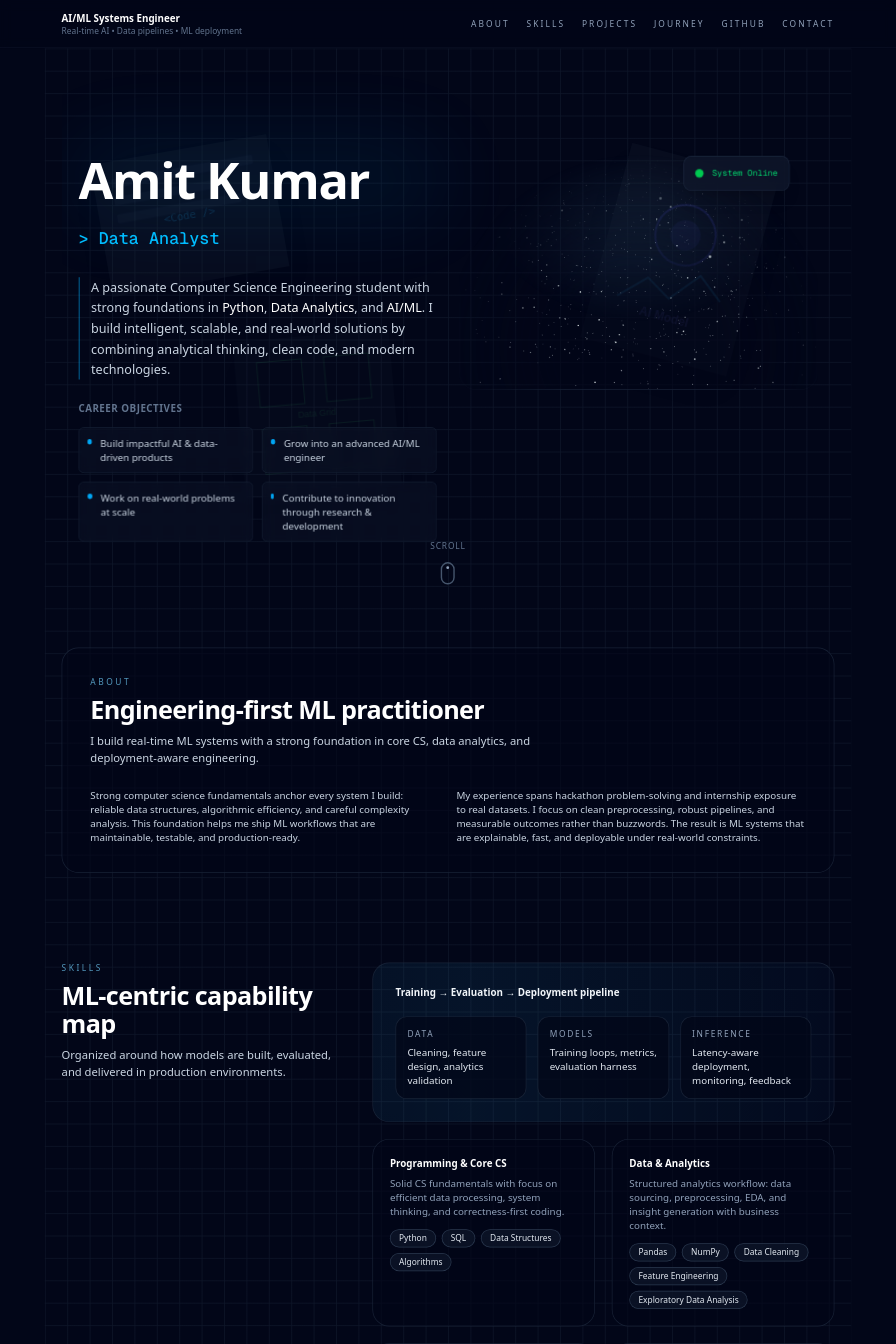
Repository: amitkumar0509/amit-portfolio
Page: /
The author's editor kept a copy of each file at every save. The page is drawn from the files as they stood at one save, then again after the next save.
The browser window is 1280 px wide. The pictures show the part of the page from y = 0 to 1920 px (the page is 8211 px tall), at 70% of full size.
The page's requests for data from a server got no answer. The project was rebuilt for these pictures with package versions that can differ from the ones it lists, and the page was loaded fresh each time. The framework's server and built-in components were replaced by stand-ins that run in the browser. No one was signed in, and anything a server would have sent is missing. Also part of the build but not shown: next.config.ts.

Above is the page before, as saved 2026-02-01 00:34:01.

After the next save:
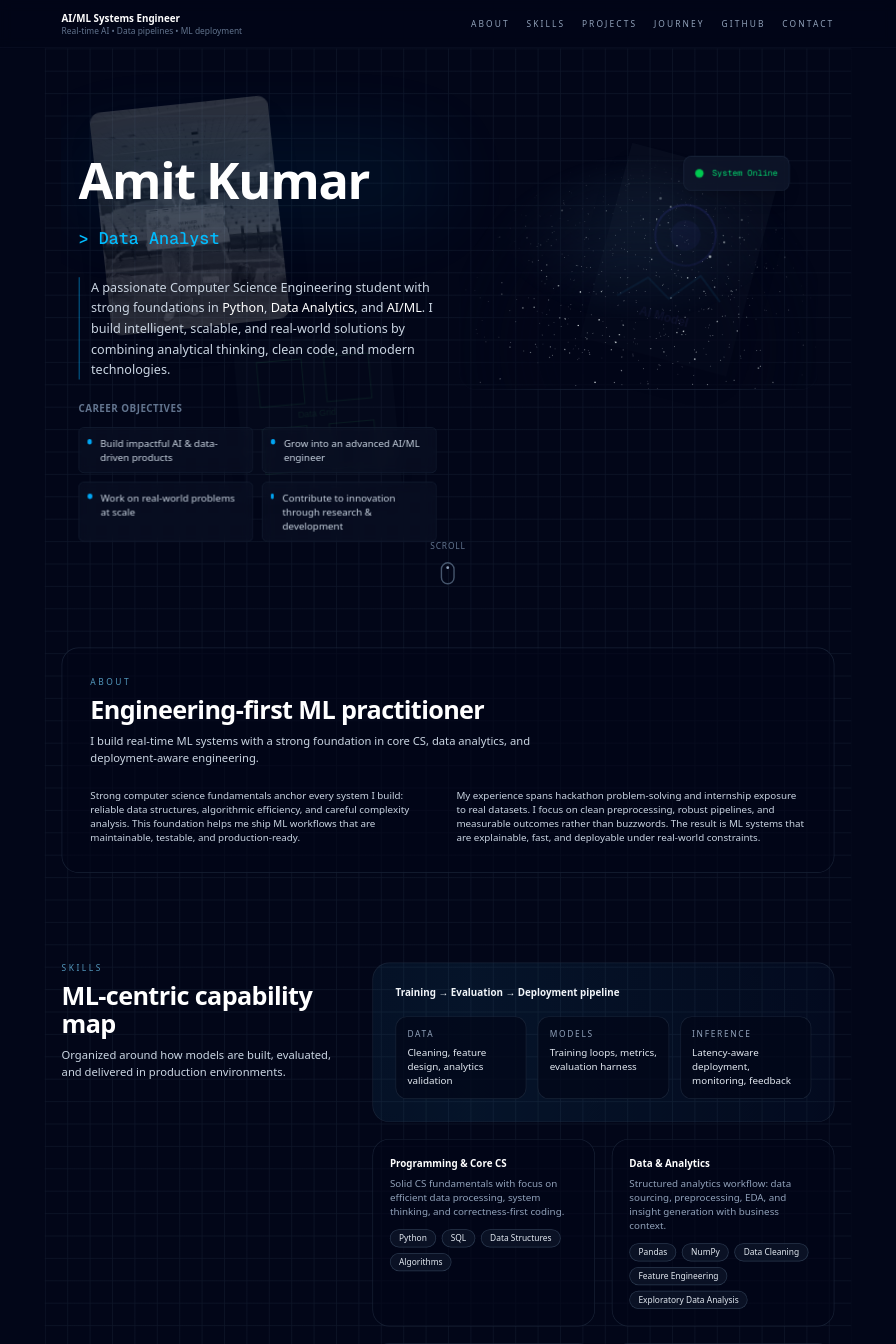
Saved 4 min 26 s later.
--- a/src/components/sections/Hero.tsx
+++ b/src/components/sections/Hero.tsx
@@ -83,14 +83,14 @@ export function Hero() {
       {/* Floating Background Photos */}
       <div className="absolute inset-0 -z-0 overflow-hidden pointer-events-none">
         <motion.div
-            style={{ y: y1, x: mousePosition.x * -20, rotate: -10 }}
-            className="absolute top-[10%] left-[5%] w-48 h-64 md:w-64 md:h-80 opacity-20 hover:opacity-40 transition-opacity duration-500"
+            style={{ y: y1, x: mousePosition.x * -20, rotate: -6 }}
+            className="absolute top-[10%] left-[5%] w-48 h-64 md:w-64 md:h-80 opacity-30 hover:opacity-60 transition-opacity duration-500"
         >
              <Image
-                src="/images/code-placeholder.svg"
-                alt="Coding"
+                src="/images/20251209_220721.jpg"
+                alt="Smart India Hackathon Winner"
                 fill
-                className="object-contain drop-shadow-2xl"
+                className="object-cover rounded-2xl drop-shadow-2xl grayscale hover:grayscale-0 transition-all duration-500"
              />
         </motion.div>
 
